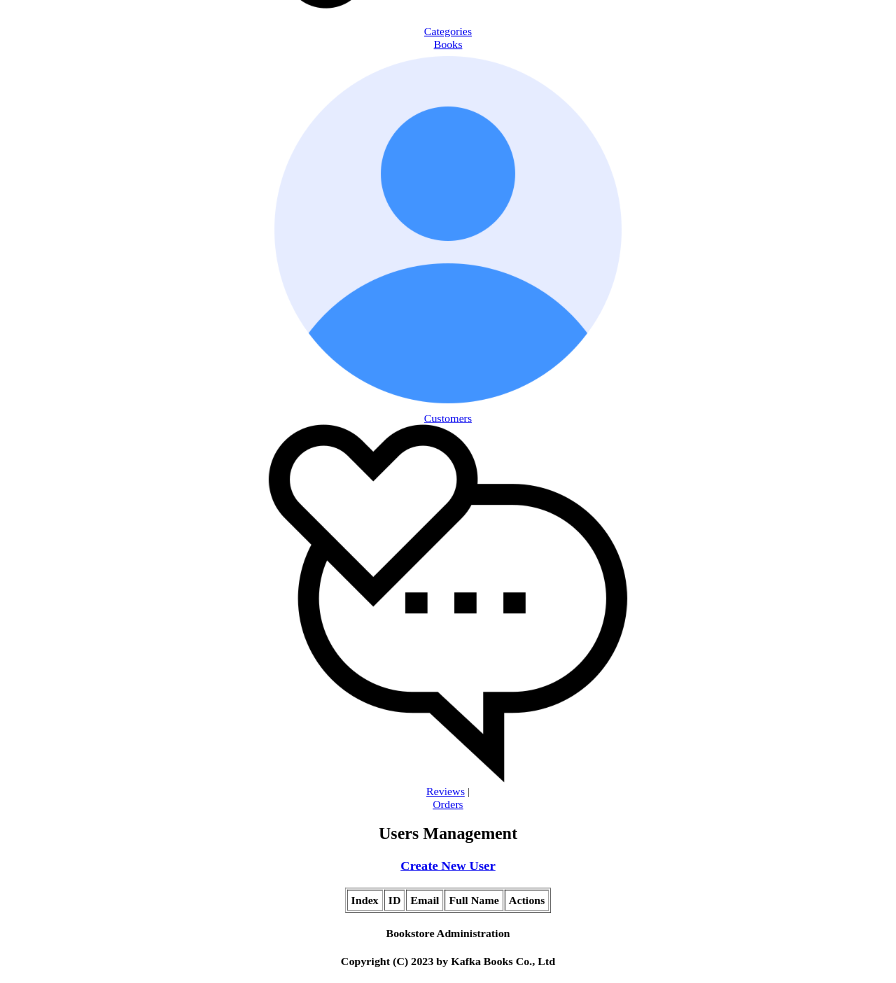
Repository: janvi2502/BookStore
Page: http://localhost/BookStoreWebsite/admin/user_list.jsp
These files come from the project's save history. The page is drawn as it stood at one moment and after the next save; the edit follows.
The browser window is 1280 px wide. The pictures show the part of the page from y = 1173 to 3093 px (the page is 2577 px tall before and 3093 px after), at 70% of full size.
The page is served by Tomcat 10. Nobody is signed in. The application's start-up code is not run.

Above is the page before, as saved 2023-12-28 10:11:02.

After the next save:
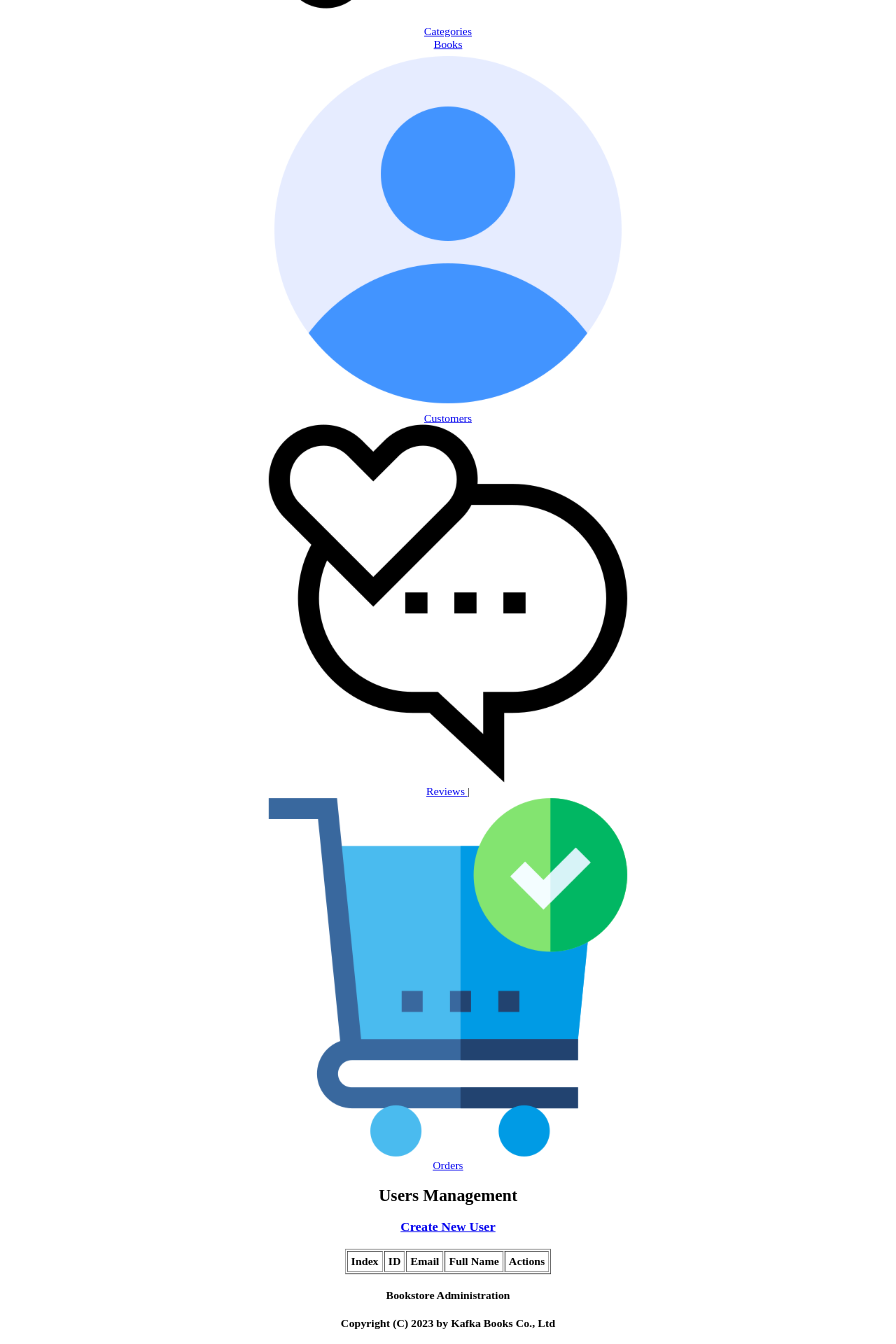
Saved 49 s later.
--- a/BookStoreWebsite/WebContent/admin/header.jsp
+++ b/BookStoreWebsite/WebContent/admin/header.jsp
@@ -29,9 +29,14 @@
 		</div>
 		<div>
 			<a href="reviews">
-			<img src="../images/review.png" /> <br/>Reviews</a> |
+				<img src="../images/review.png" /> <br/>Reviews
+			</a> |
 		</div>
-		<a href="orders">Orders</a>
+		<div>
+			<a href="orders">
+				<img src="../images/order.png" /> <br/>Orders
+			</a>
+		</div>
 
 	</div>
 </div>
